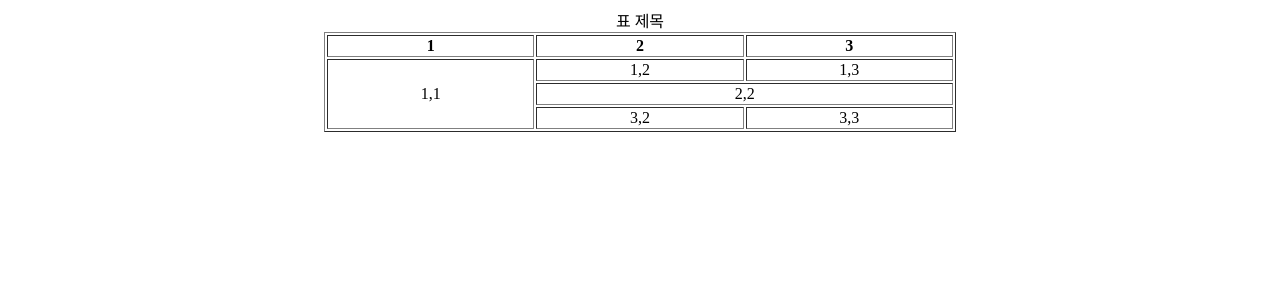
Repository: jjb5442/JSP
Page: 3Day/workspace/02_HTML_tutorial/src/main/webapp/07_Tutorial.html
The author's editor kept a copy of each file at every save. The page is drawn from the files as they stood at one save, then again after the next save.
The browser window is 1280 px wide. The pictures show the whole page.

Above is the page before, as saved 2022-05-14 02:51:10.

After the next save:
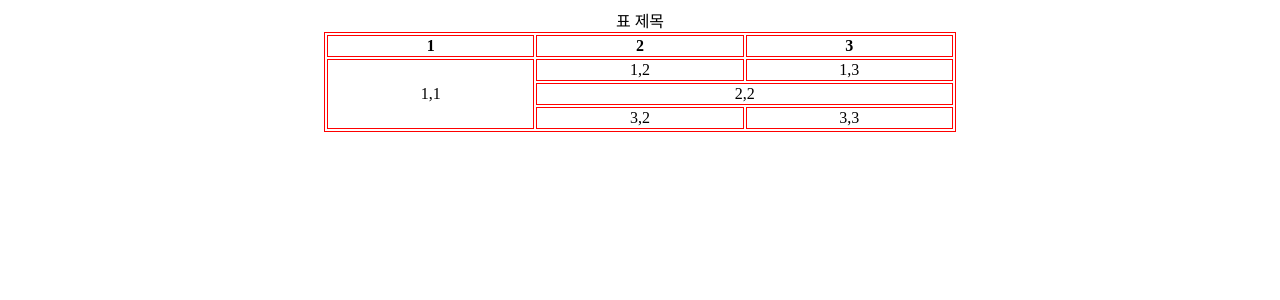
Saved 62 s later.
--- a/3Day/workspace/02_HTML_tutorial/src/main/webapp/07_Tutorial.html
+++ b/3Day/workspace/02_HTML_tutorial/src/main/webapp/07_Tutorial.html
@@ -6,7 +6,7 @@
 </head>
 <body>
 	<div align="center">
-		<table border="1" width="50%" height="50%"><!-- 표를 출력하는 태그 -->
+		<table border="1" width="50%" height="50%" bordercolor="red"><!-- 표를 출력하는 태그 -->
 			<caption>표 제목</caption><!-- 표 제목 태그 -->
 			<tr><!-- 행을 출력하는 태그 -->
 				<th>1</th><!-- 열 제목 태그 -->
